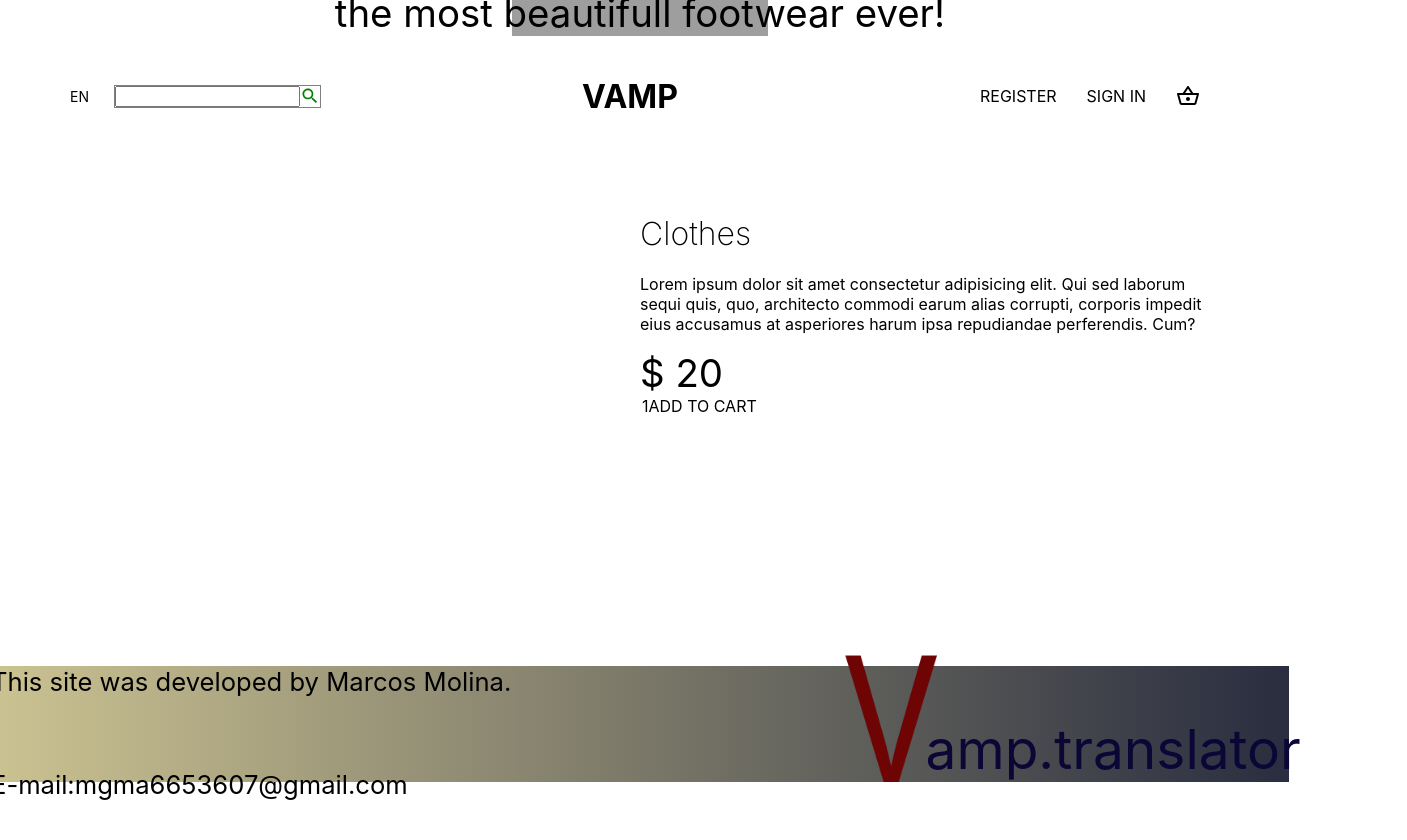
Repository: mgma2005/ecoeli
Page: /
The author's editor kept a copy of each file at every save. The page is drawn from the files as they stood at one save, then again after the next save.
The browser window is 1280 px wide. The page is 1301 px wide, then 1407 px, so the pictures cover 1407 px, including what lies to the right of the window. The pictures show the part of the page from y = 137 to 977 px (the page is 977 px tall before and 960 px after).
Pictures or frames that could not be fetched are drawn as grey boxes. The project was rebuilt for these pictures with package versions that can differ from the ones it lists, and the page was loaded fresh each time. Also part of the build but not shown: src/App.css.

Above is the page before, as saved 2022-05-14 17:36:42.

After the next save:
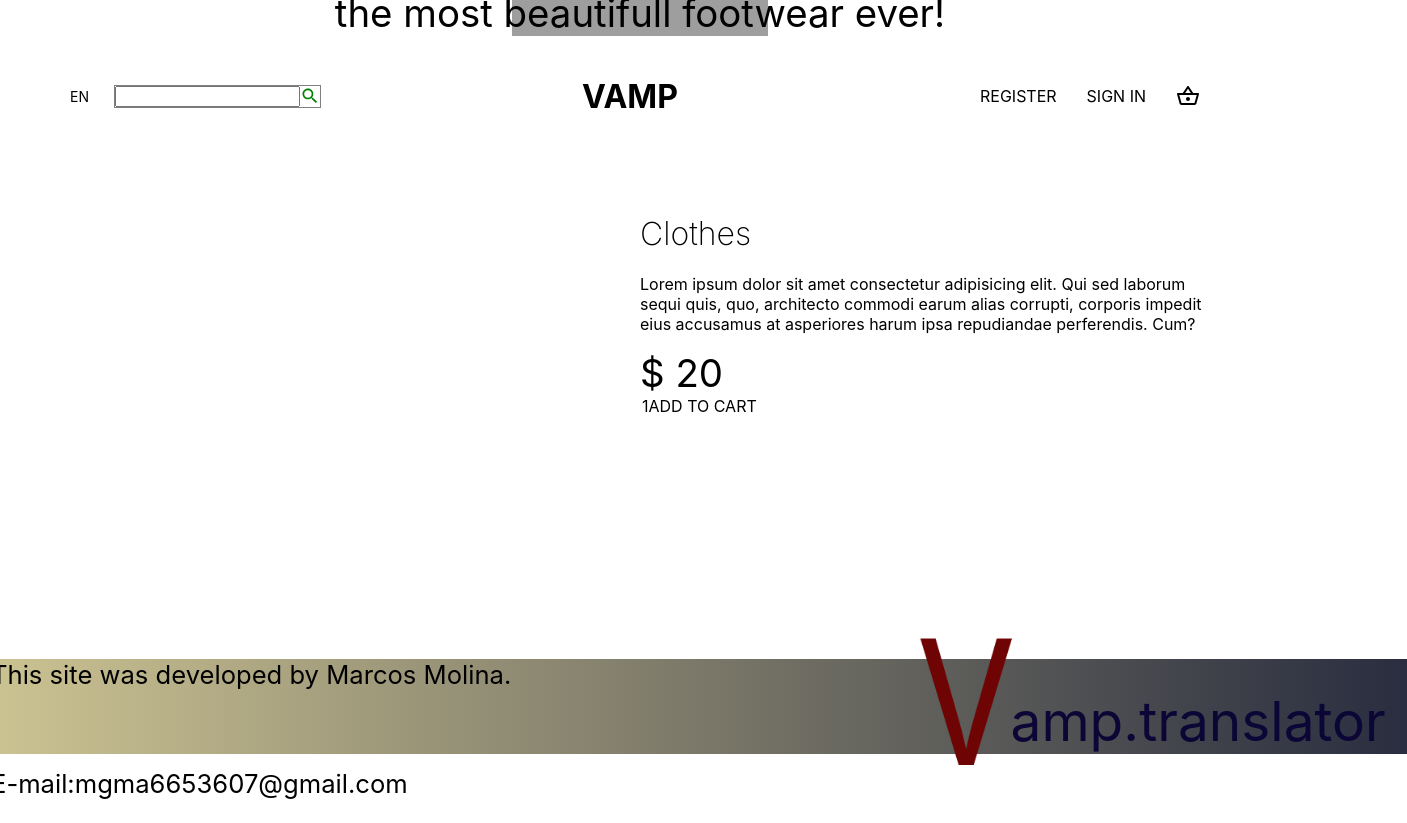
Saved 3 min 43 s later.
--- a/src/style.css
+++ b/src/style.css
@@ -1,6 +1,6 @@
 .cont2{
     margin-left: -5%;
-    width: 110%;
+    width: 120%;
     height: auto;
     background: linear-gradient(to right, rgb(204, 195, 146),rgb(41, 45, 63));
 
